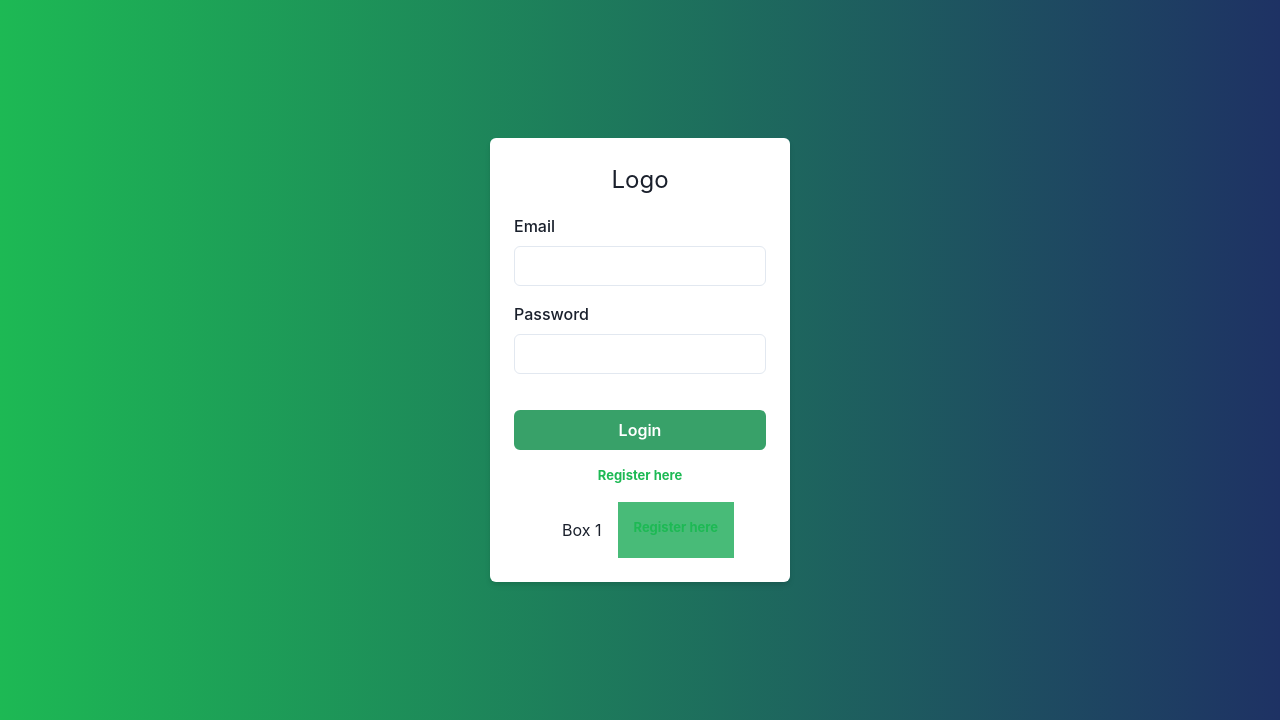
Repository: vbmn-cin-ufpe/todolist-front
Page: /
These files come from the project's save history. The page is drawn as it stood at one moment and after the next save; the edit follows.
The browser window is 1280 px wide. The pictures show the whole page.
The project was rebuilt for these pictures with package versions that can differ from the ones it lists, and the page was loaded fresh each time. Also part of the build but not shown: vite.config.ts, src/pages/RegisterPage.tsx, src/pages/HomePage.tsx.

Above is the page before, as saved 2024-07-23 03:36:26.

After the next save:
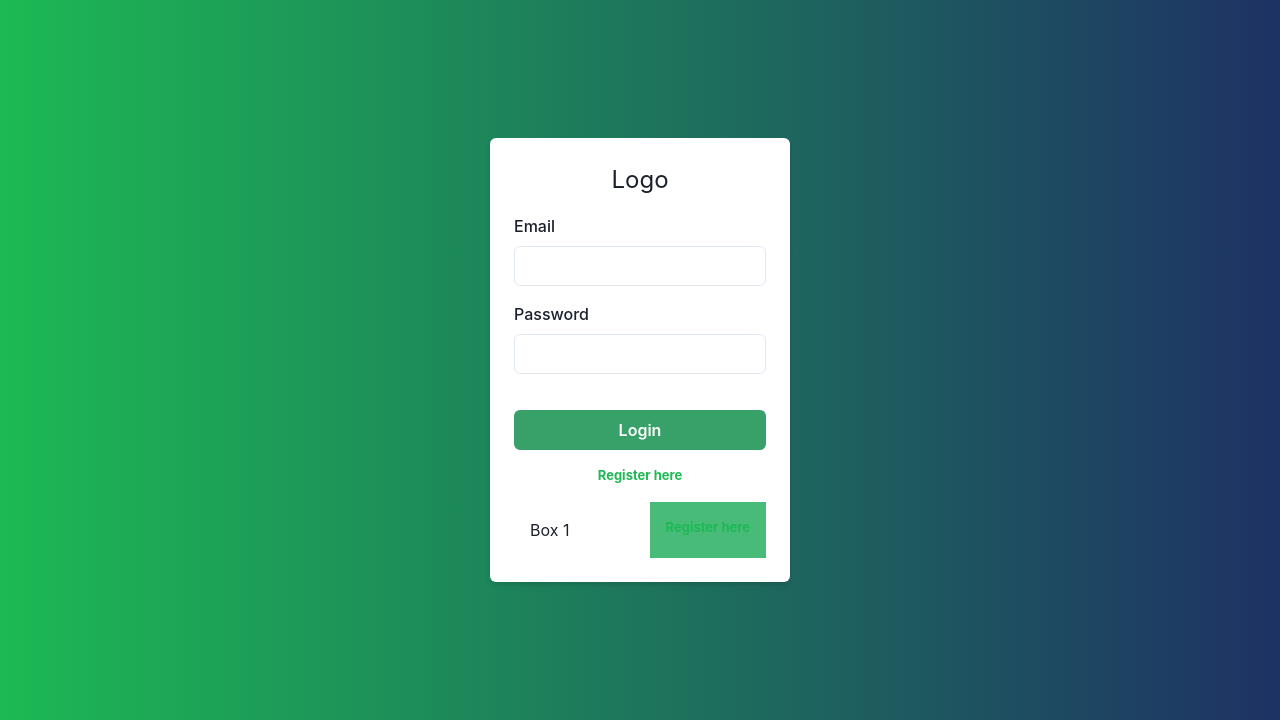
Saved 19 s later.
--- a/src/pages/LoginPage.tsx
+++ b/src/pages/LoginPage.tsx
@@ -49,7 +49,7 @@ const LoginPage = ({ setPage }) => {
                 Register here
             </Text>
           </Box>
-          <Flex>
+          <Flex width="100%">
           <Box p='4' bg='white'>
               Box 1
           </Box>
